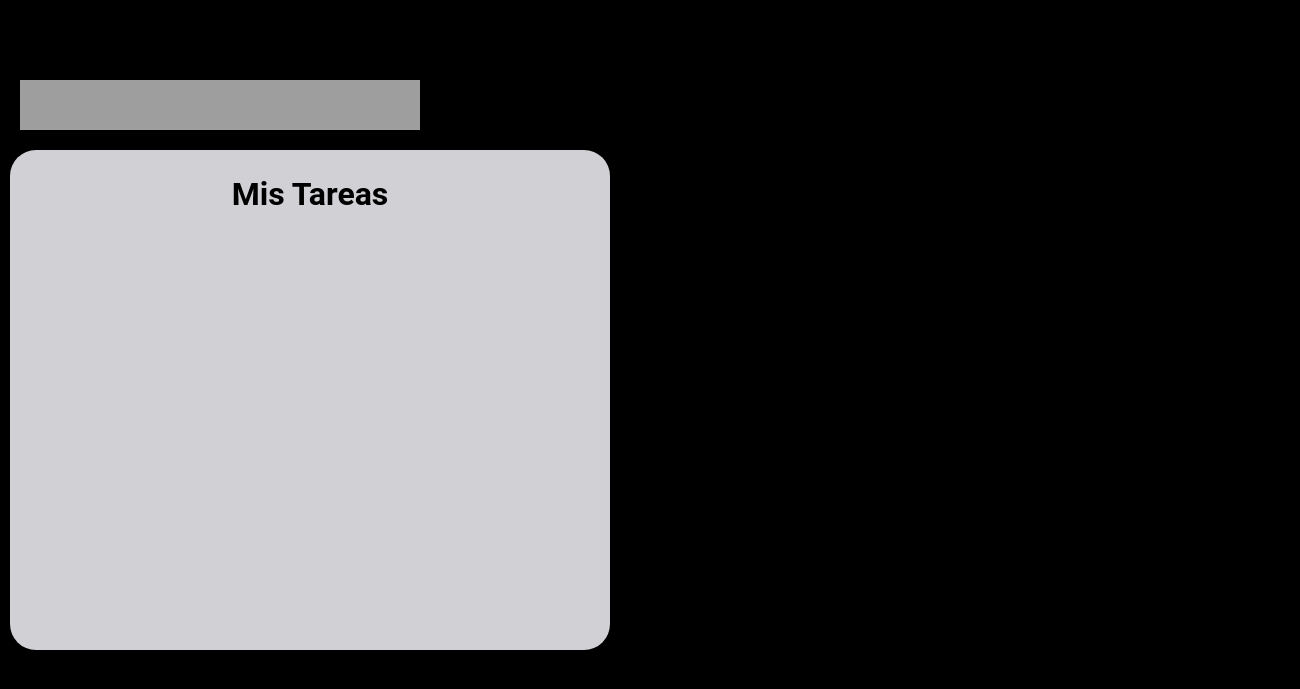
Repository: geraldine-ventura/Aplicacion-Agregar-eleiminar-Tarea
Page: /
The author's editor kept a copy of each file at every save. The page is drawn from the files as they stood at one save, then again after the next save.
The browser window is 1280 px wide. The page is 1300 px wide, so the pictures cover 1300 px, including what lies to the right of the window. The pictures show the whole page.
Pictures or frames that could not be fetched are drawn as grey boxes. The project was rebuilt for these pictures with package versions that can differ from the ones it lists, and the page was loaded fresh each time.

Above is the page before, as saved 2022-12-07 11:54:50.

### src/App.js
import './App.css';
import freeCodeCampLogo from "./imagenes/freecodecamp-logo.png";

function App() {
  return (
    <div className="Aplicacion-tareas">
      <div className="freecodecamp-logo-contenedor">
        <img
         src={freeCodeCampLogo}
         className="freecodecamp-logo"
         alt='logo'
         />
      </div>
      <div className='tareas-lista-principal'>
        <h1>Mis Tareas</h1>
      </div>
    </div>
  );
}

export default App;

### src/App.css
*{
    margin: 0;
    padding:0 ;
    box-sizing: border-box;

}

html,
body{
    color:beige;
    background-color: black;
    font-family: lato,sans-serif;
    margin-top: 40px;

}
h1{
    color: black;
    font-size:25 px;
    font-family: roboto,sans-serif;
    text-align: center;
    margin: 20px opx;
}
.aplicacion-tarea{
    display: flex;
    flex-wrap: wrap;
    justify-content: center;
    align-items:center ;
}
.freecodecamp-logo-contenedor{
    width: 100%;
    margin: 20px;
    display: flex;
    align-items: center;
}
.freecodecamp-logo {
    width: 400px;
    height: 50px;
}
.tareas-lista-principal{
    width: 600px;
    min-height: 500px;
    background-color: #d0d0d5;
    padding:25px ;
    margin: 10px;
    border-radius: 26px;
}

Loaded but not shown: public/index.html (common file); src/index.js (common file); src/index.css (common file)

After the next save:
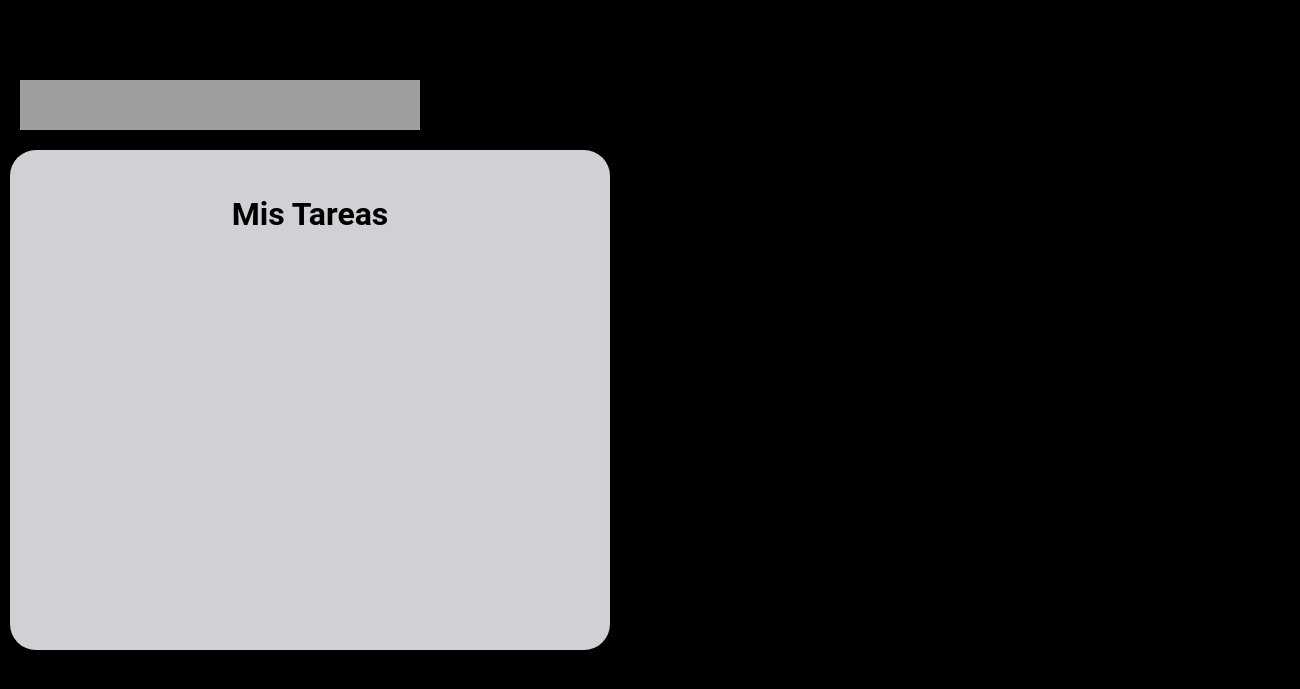
Saved 34 s later.
--- a/src/App.css
+++ b/src/App.css
@@ -13,13 +13,15 @@
     margin-top: 40px;
 
 }
+
 h1{
     color: black;
     font-size:25 px;
     font-family: roboto,sans-serif;
     text-align: center;
-    margin: 20px opx;
+    margin: 20px 0px;
 }
+
 .aplicacion-tarea{
     display: flex;
     flex-wrap: wrap;
